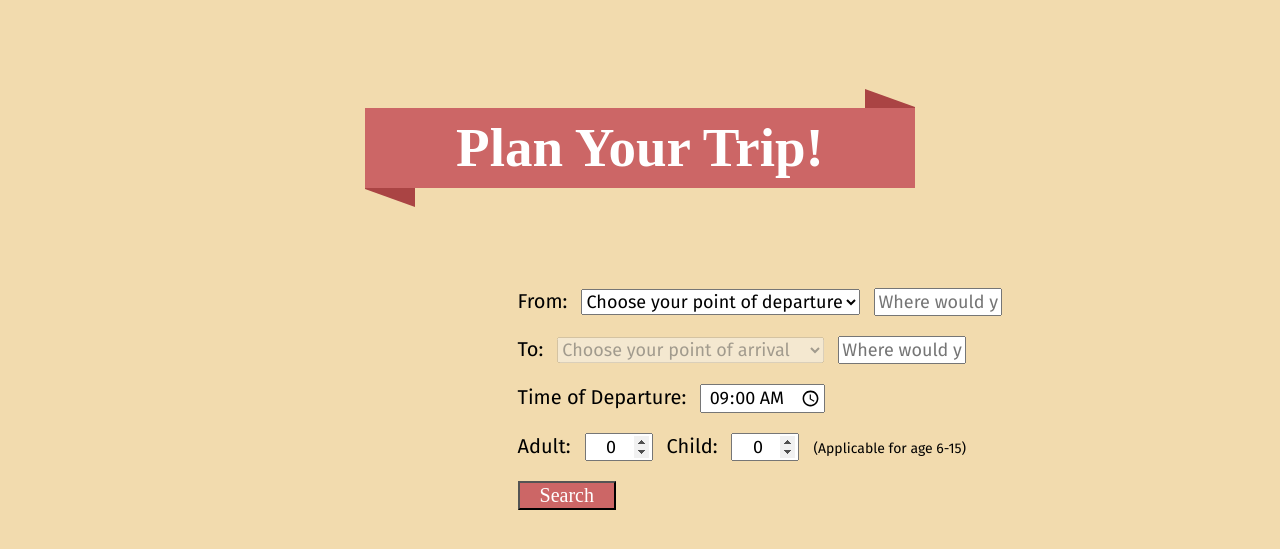
Repository: bbh0607/bae_dNation
Page: public/index.html
The author's editor kept a copy of each file at every save. The page is drawn from the files as they stood at one save, then again after the next save.
The browser window is 1280 px wide. The pictures show the whole page.
Some web fonts or font styles are not loaded; a fallback is used.

Above is the page before, as saved 2020-02-01 15:18:02.

After the next save:
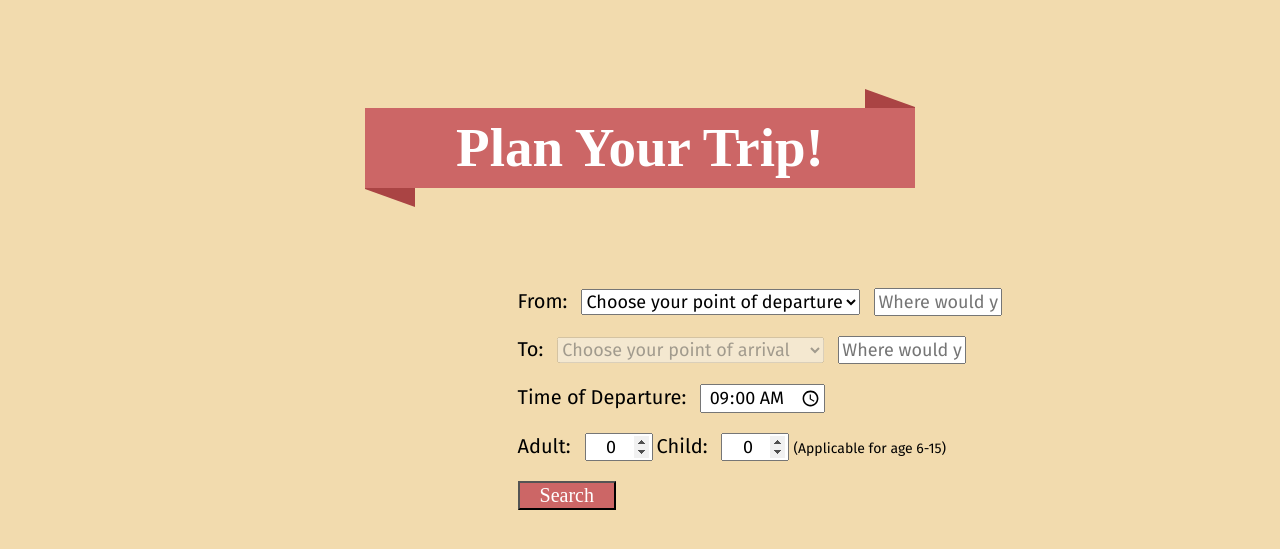
Saved 3 min 10 s later.
--- a/public/css/style.css
+++ b/public/css/style.css
@@ -68,7 +68,7 @@
 input[type="number"]{
   width: 60px;
   text-align: center;
-  margin-right: 10px;
+  /* margin-right: 10px; */
   font-family: "Fira Sans", sans-serif;
   font-size: 18px;
 }

After the save that followed:
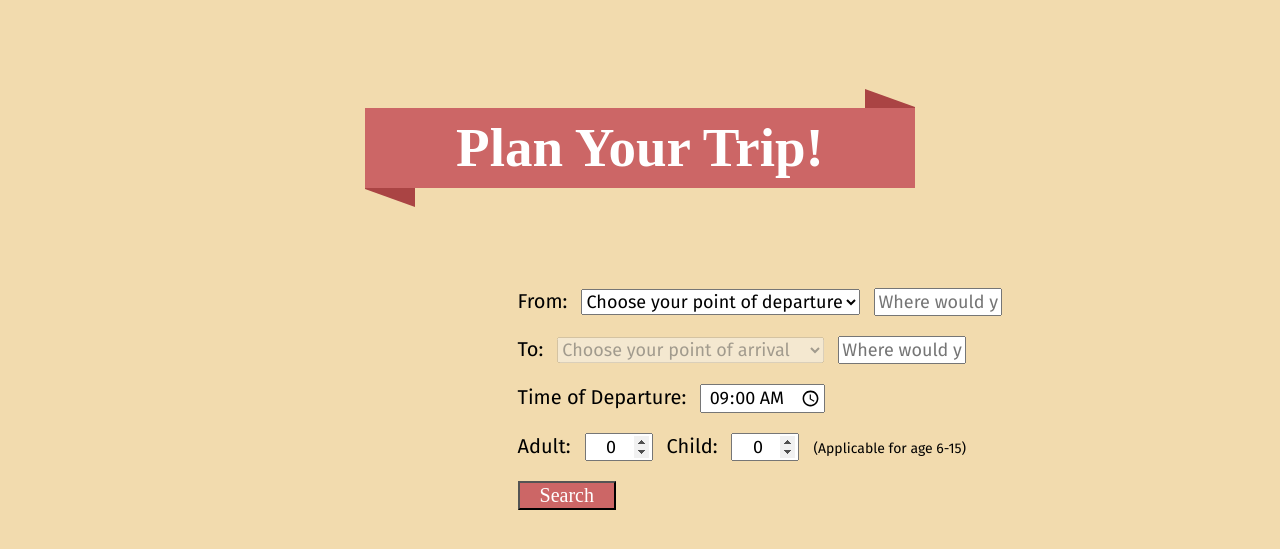
Saved 30 s later.
--- a/public/css/style.css
+++ b/public/css/style.css
@@ -68,7 +68,7 @@
 input[type="number"]{
   width: 60px;
   text-align: center;
-  /* margin-right: 10px; */
+  margin-right: 10px;
   font-family: "Fira Sans", sans-serif;
   font-size: 18px;
 }
